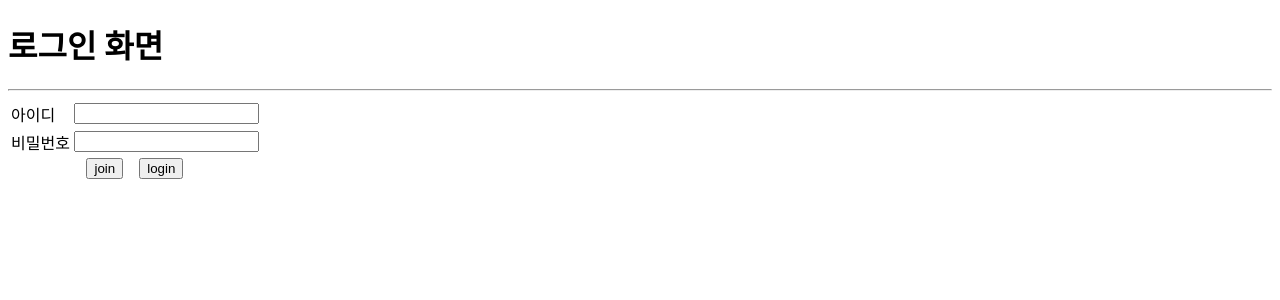
Repository: chuni90/bigdata
Page: http://localhost/tutorial_03/view/login.jsp
The author's editor kept a copy of each file at every save. The page is drawn from the files as they stood at one save, then again after the next save.
The browser window is 1280 px wide. The pictures show the whole page.
The page is served by Tomcat 9. Other server files are loaded and not shown.

Above is the page before, as saved 2019-09-24 02:35:13.

### 2. Java DB/Oracle/tutorial_03/WebContent/view/login.jsp
<%@ page language="java" contentType="text/html; charset=UTF-8"
    pageEncoding="UTF-8"%>
<!DOCTYPE html PUBLIC "-//W3C//DTD HTML 4.01 Transitional//EN" "http://www.w3.org/TR/html4/loose.dtd">
<html>
	<head>
		<meta http-equiv="Content-Type" content="text/html; charset=UTF-8">
		<title>Insert title here</title>
	</head>
	<body>
		<h1>로그인 화면</h1><hr>
		<form action = "login_pro.jsp" method="post">
			<table>
				<tr>
					<td>아이디</td>
					<td><input type="text" name="id"/></td>
				</tr>
				<tr>
					<td>비밀번호</td>
					<td><input type="password" name="pass"/></td>
				</tr>
				<tr align = "center">
					<!-- colspan="2"는 2칸을 1칸으로 합친 다는 의미 -->
					<td colspan="2"><input type="button" value = "join" onclick="join.jsp"/>
					&nbsp;&nbsp;&nbsp;<input type="submit" value = "login"/></td>
				</tr>
			</table>

		</form>

	</body>
</html>

After the next save:
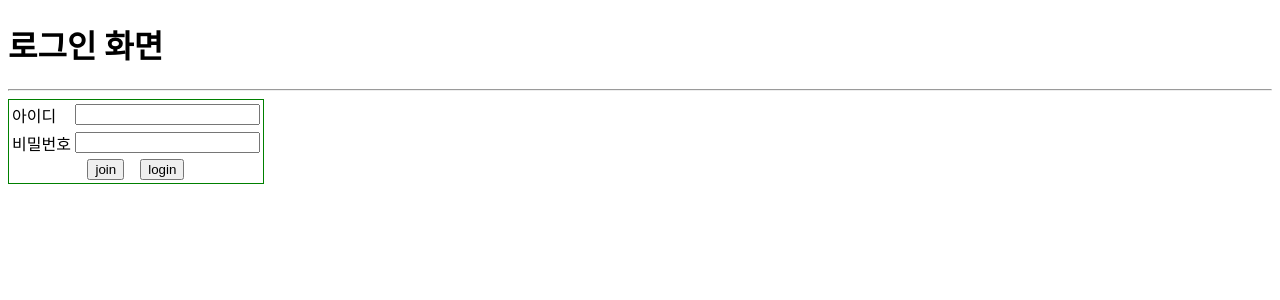
Saved 77 s later.
--- a/2. Java DB/Oracle/tutorial_03/WebContent/view/login.jsp
+++ b/2. Java DB/Oracle/tutorial_03/WebContent/view/login.jsp
@@ -5,11 +5,19 @@
 	<head>
 		<meta http-equiv="Content-Type" content="text/html; charset=UTF-8">
 		<title>Insert title here</title>
+
+		<style type="text/css">
+			table{
+				border : 1px, solid, green;
+
+			}
+
+		</style>
 	</head>
 	<body>
 		<h1>로그인 화면</h1><hr>
 		<form action = "login_pro.jsp" method="post">
-			<table>
+			<table >
 				<tr>
 					<td>아이디</td>
 					<td><input type="text" name="id"/></td>

After the 2 saves that followed:
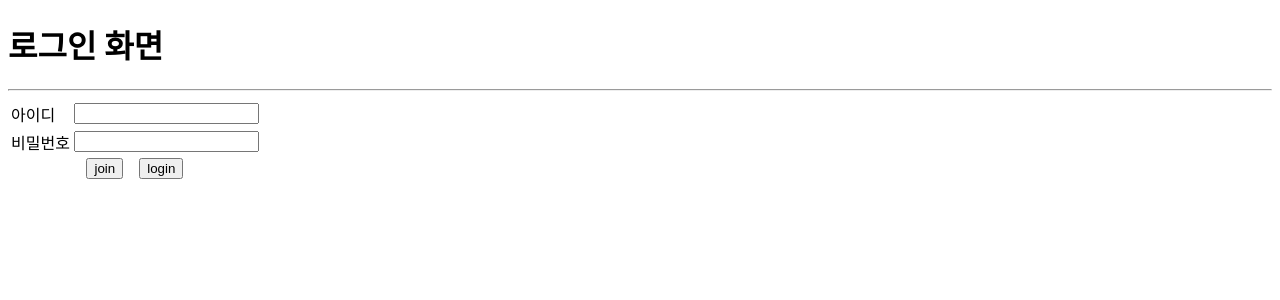
The 2 saves are shown as one change because 1 left the picture as it was.
The last was saved 62 s later.
--- a/2. Java DB/Oracle/tutorial_03/WebContent/view/login.jsp
+++ b/2. Java DB/Oracle/tutorial_03/WebContent/view/login.jsp
@@ -7,9 +7,8 @@
 		<title>Insert title here</title>
 
 		<style type="text/css">
-			table{
+			table, tr{ <!-- ,는 '이어서' 라는 의미-->
 				border : 1px, solid, green;
-
 			}
 
 		</style>
@@ -17,7 +16,7 @@
 	<body>
 		<h1>로그인 화면</h1><hr>
 		<form action = "login_pro.jsp" method="post">
-			<table >
+			<table>
 				<tr>
 					<td>아이디</td>
 					<td><input type="text" name="id"/></td>
